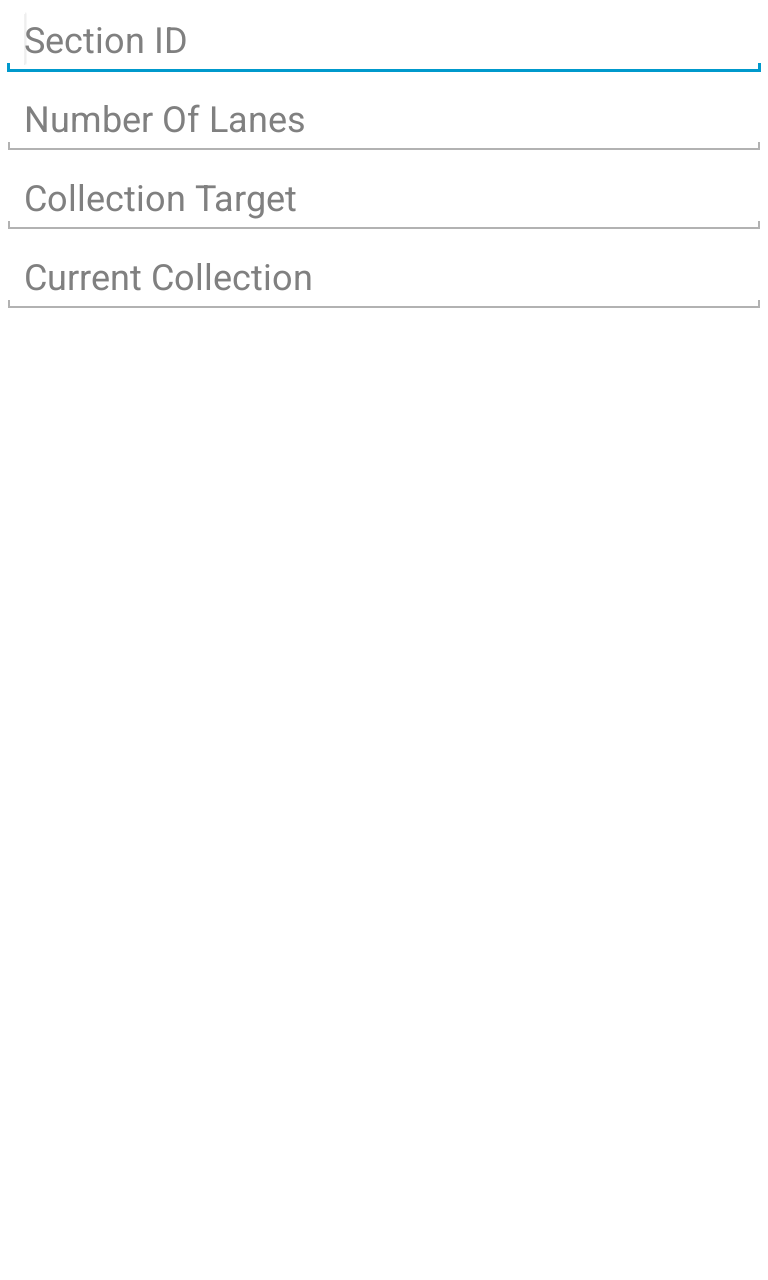
Repository: greatrakshit/Personal
Layout: POIRecorder/res/layout/activity_toll_booth.xml
These files come from the project's save history. The layout is drawn as it stood at one moment and after the next save; the edit follows.
It is drawn on a 768 x 1280 px phone screen (xhdpi) without system bars, with theme AppTheme; the app's code is not run.

Above is the layout before, as saved 2014-09-14 13:12:04.

After the next save:
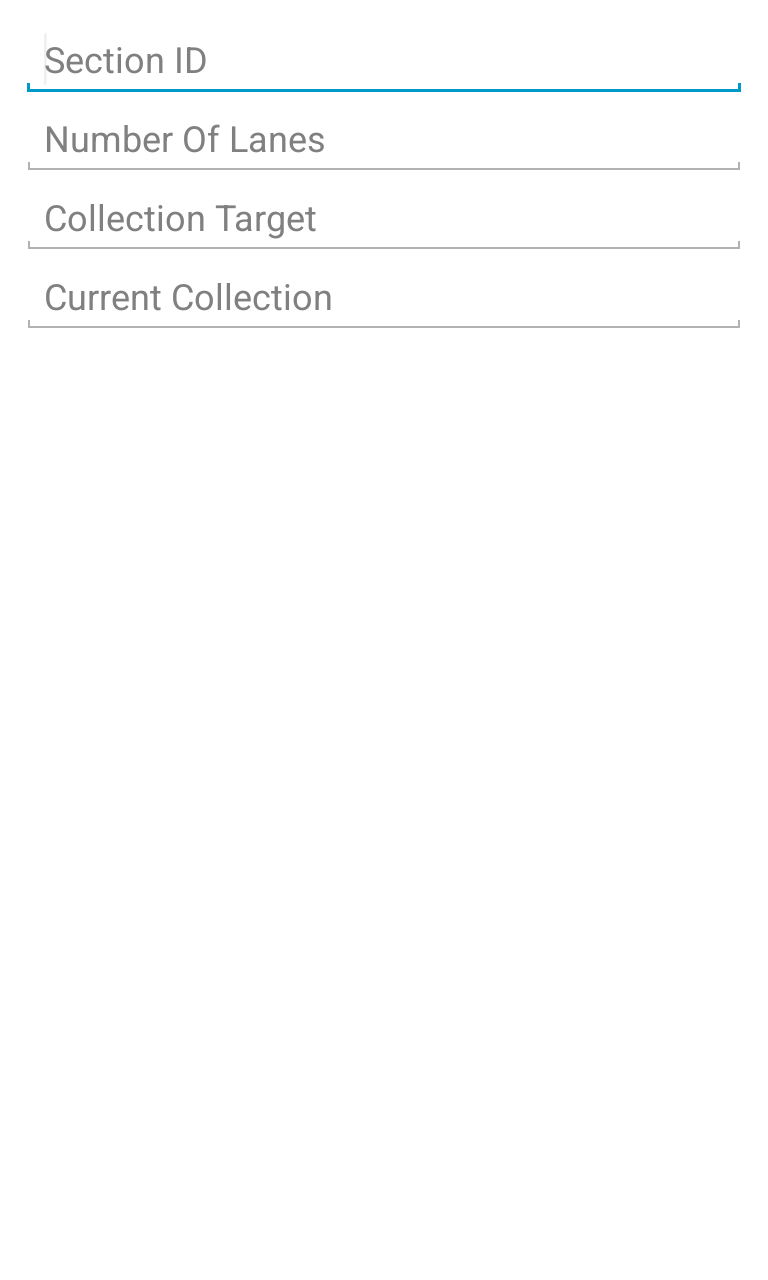
Saved 85 s later.
--- a/POIRecorder/res/layout/activity_toll_booth.xml
+++ b/POIRecorder/res/layout/activity_toll_booth.xml
@@ -1,7 +1,8 @@
 <LinearLayout xmlns:android="http://schemas.android.com/apk/res/android"
     android:layout_width="fill_parent"
     android:layout_height="fill_parent"
-    android:orientation="vertical" >
+    android:orientation="vertical"
+    android:padding="10dp" >
 
     <EditText
         android:id="@+id/editText1"
